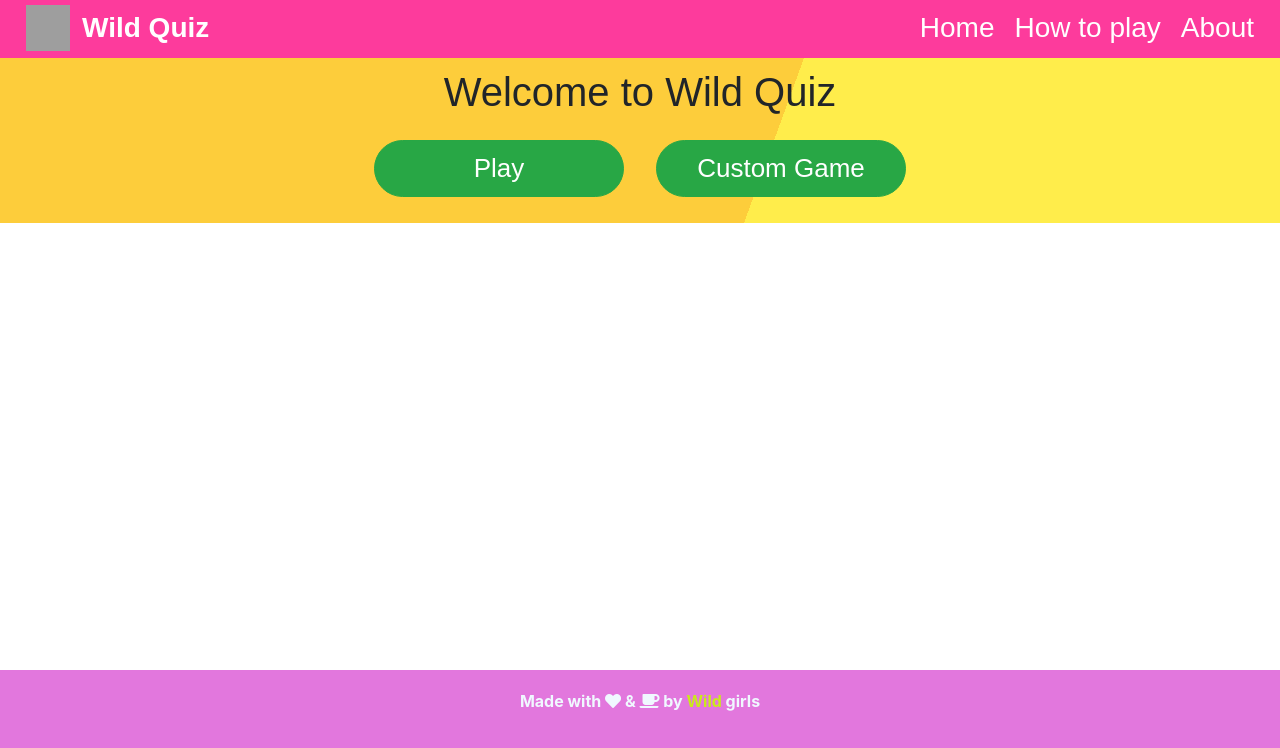
Repository: jenna1k/wildQuizApp
Page: /
These files come from the project's save history. The page is drawn as it stood at one moment and after the next save; the edit follows.
The browser window is 1280 px wide. The pictures show the whole page.
Pictures or frames that could not be fetched are drawn as grey boxes. The page's requests for data from a server got no answer. Some web fonts or font styles are not loaded; a fallback is used. Some web libraries are served in a nearby version. The project was rebuilt for these pictures with package versions that can differ from the ones it lists, and the page was loaded fresh each time. No one was signed in, and anything a server would have sent is missing. Also part of the build but not shown: src/App.css, src/components/game/GameBox.css, src/components/game/Question.js, src/components/game/Answers.js, src/components/game/ProgressBar.js, src/components/game/GameBox.js, src/components/game/SelectCategory.css, src/components/game/SelectCategory.js and 10 more.

Above is the page before, as saved 2019-05-14 15:22:28.

After the next save:
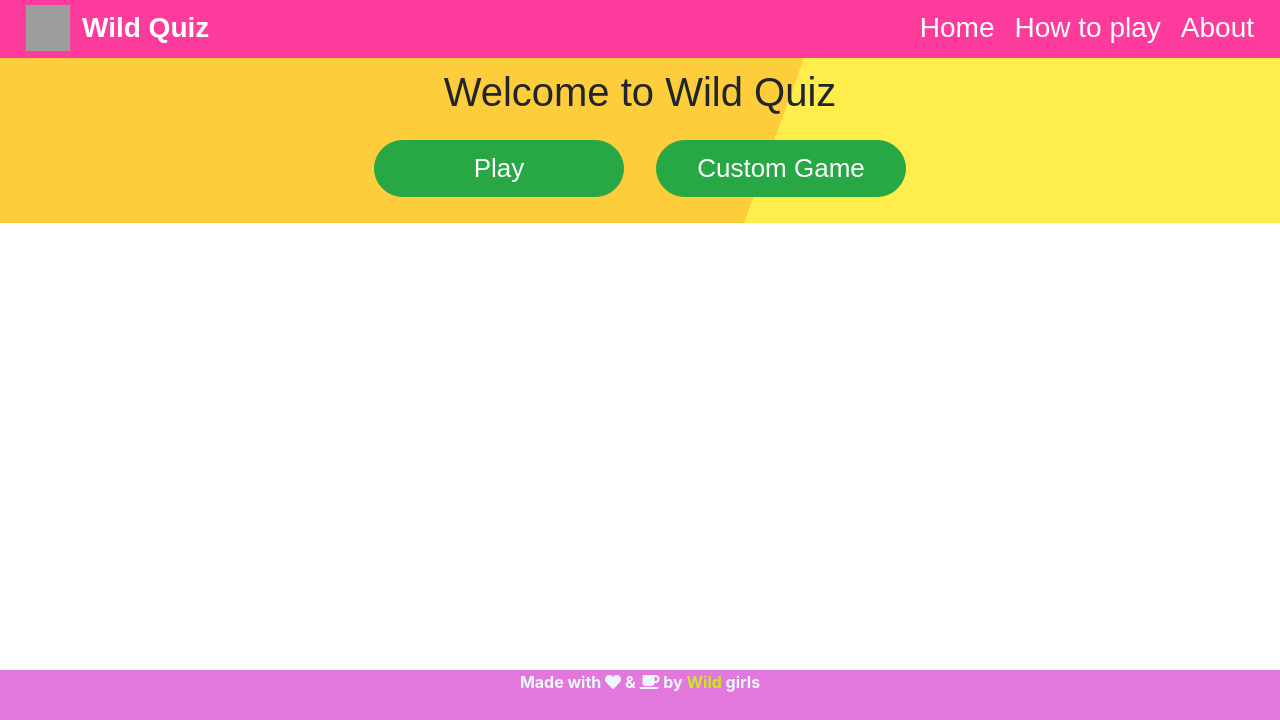
Saved 49 s later.
--- a/src/components/global/Footer.css
+++ b/src/components/global/Footer.css
@@ -1,23 +1,14 @@
-
 footer {
   width: 100%;
-  padding: 1.2rem;
+  padding: 0;
   margin: 0;
   text-align: center;
   transition: 200ms;
   color: aliceblue;
   font-weight: bold;
-}
-footer:hover {
-  box-shadow: 0 0 2rem gray;
-}
-
-footer {
-  background: rgb(226, 119, 221);
-}
-footer a, footer a:hover {color:#cae91b;;
-text-decoration: none;
-background-color: transparent;
+  display: flex;
+  justify-content: center;
+  height: 50px;
 }
 
 footer:hover {
@@ -27,7 +18,25 @@
 footer {
   background: rgb(226, 119, 221);
 }
-footer a, footer a:hover {color:#cae91b;;
-text-decoration: none;
-background-color: transparent;
+
+footer a, footer a:hover {
+  color: #cae91b;
+  ;
+  text-decoration: none;
+  background-color: transparent;
 }
+
+footer:hover {
+  box-shadow: 0 0 2rem gray;
+}
+
+footer {
+  background: rgb(226, 119, 221);
+}
+
+footer a, footer a:hover {
+  color: #cae91b;
+  ;
+  text-decoration: none;
+  background-color: transparent;
+}
